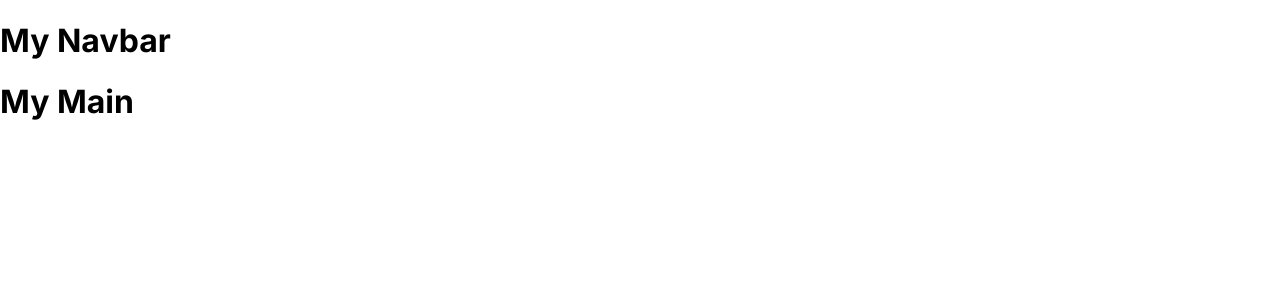
Repository: toasted226/react-profile
Page: / (app in vite-react/)
The author's editor kept a copy of each file at every save. The page is drawn from the files as they stood at one save, then again after the next save.
The browser window is 1280 px wide. The pictures show the whole page.
The project was rebuilt for these pictures with package versions that can differ from the ones it lists, and the page was loaded fresh each time. Also part of the build but not shown: vite-react/vite.config.ts, vite-react/src/App.css, vite-react/src/components/Navbar.css.

Above is the page before, as saved 2022-08-09 13:43:55.

After the next save:
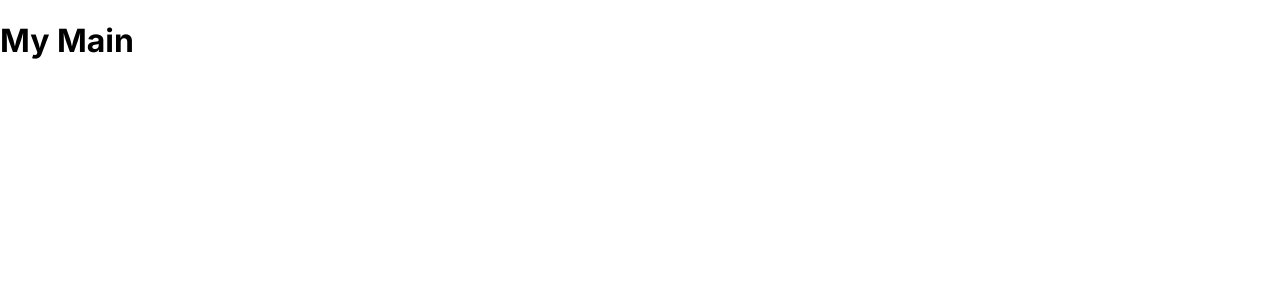
Saved 71 s later.
--- a/vite-react/src/components/Navbar.tsx
+++ b/vite-react/src/components/Navbar.tsx
@@ -2,6 +2,8 @@ import "Navbar.css";
 
 export default function Navbar(): JSX.Element {
     return (
-        <h1>My Navbar</h1>
+        <nav className="nav">
+
+        </nav>
     );
 }
